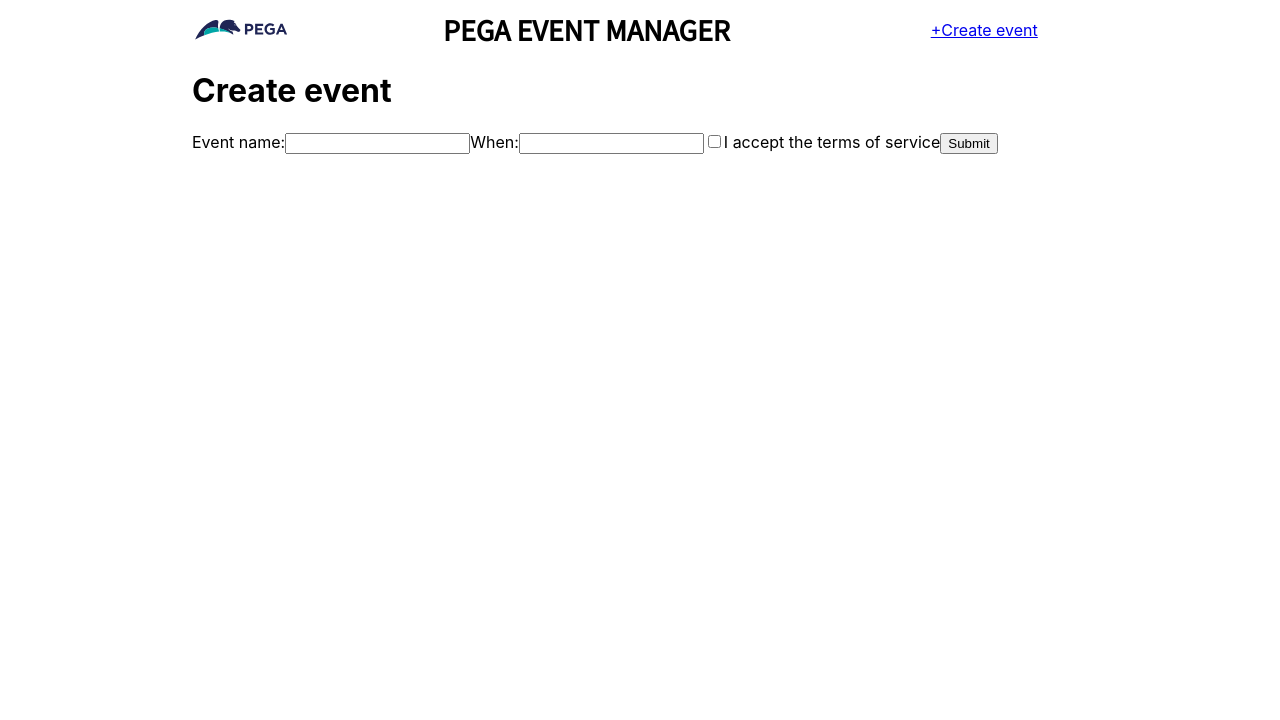
Repository: SasiVeeramachaneni/eventmanager
Page: /create
An editor plug-in stored every save of this project. The page is shown before and after the next save, followed by the edit.
The browser window is 1280 px wide. The pictures show the whole page.
The project was rebuilt for these pictures with package versions that can differ from the ones it lists, and the page was loaded fresh each time. Also part of the build but not shown: src/Events.js, src/App.js.

Above is the page before, as saved 2020-09-03 00:19:00.

### src/index.js
import React from 'react';
import ReactDOM from 'react-dom';
import {BrowserRouter, Route, Switch, Link} from 'react-router-dom';
import './index.css';
import logo from './logo.svg';
import App from './App';
import CreateEvent from './createEvent';
import './fonts/SourceSansPro-Regular.ttf';

const Header = () => (
  <div className="header">
    <div className="logo"><img src={logo} alt=""/></div>
    <div className="heading">PEGA EVENT MANAGER</div>
    <div className="logo"><Link to="/create">+Create event</Link></div>
  </div>
);


const AddEvent = () => (
  <CreateEvent />
);

const noRoute = () => (
  <div>
    404!-<Link to="/">Go home</Link>
  </div>
);

const routes = (
  <BrowserRouter>
  <div className="App">
    <Header />
    <Switch>
      <Route path="/" component={App} exact={true}/>
      <Route path="/create" component={AddEvent} />
      <Route component={noRoute} />
    </Switch>
    </div>
  </BrowserRouter>
);

ReactDOM.render(
  routes,
  document.getElementById('root')
);

### src/createEvent.js
import React, { useState, useEffect } from "react";

function CreateEvent() {
  const [email, setEmail] = useState("");
  const [password, setPassword] = useState("");
  const [acceptedTerms, setAcceptedTerms] = useState(false);

  const handleSubmit = (event) => {
    console.log(`
      Email: ${email}
      Password: ${password}
      Accepted Terms: ${acceptedTerms}
    `);

    event.preventDefault();
  }

  return (
    <form onSubmit={handleSubmit}>
      <h1>Create event</h1>

      <label>
        Event name:
        <input
          name="email"
          type="email"
          value={email}
          onChange={e => setEmail(e.target.value)}
          required />
      </label>

      <label>
        When:
        <input
          name="password"
          type="password"
          value={password}
          onChange={e => setPassword(e.target.value)}
          required />
      </label>

      <label>
        <input
          name="acceptedTerms"
          type="checkbox"
          onChange={e => setAcceptedTerms(e.target.value)}
          required />
        I accept the terms of service
      </label>

      <button>Submit</button>
    </form>
  );
}

export default CreateEvent;

### src/App.css
.App {
  height: 100vh;
  display: grid;
  grid-template-rows: 50px 1fr;
  width: 70%;
  margin-left: auto;
  margin-right: auto;
}

@font-face {
  font-family: 'SourceSansPro';
  src: local('SourceSansPro'), url(./fonts/SourceSansPro-Regular.ttf) format('truetype');
}


.container {
  padding: 2px 16px;
}

.cardList {
  display: flex;
  flex-direction: row;
  justify-content: center;
  max-width: 1000px;
  flex-wrap: wrap;
}

.header {
  display: flex;
  align-items: stretch;
  justify-content: space-evenly;
  padding-top: 10px;
}

.logo {
  flex-grow: 1;
  display: flex;
  align-items: center;
  justify-content: center;
}

.heading {
  flex-grow: 3;
  display: flex;
  align-items: center;
  justify-content: center;
  font-size: 30px;
  font-weight: bold;
  font-family: SourceSansPro;

}

.createbutton {
  width: 10rem;
  color: #FFF;
  background: #4BA7FE;
  border-radius: 8px;
  font-size: 15px;
  line-height: 24px;
  height: 2.5rem;
  position: relative;
  align-items: center;
  box-sizing: border-box;
  transition: all 0.4s ease-in-out;
  border: none;
  font-family: SourceSansPro;


}

.body {

}

#events {
  text-align: center;
  font-family: "Trebuchet MS", Arial, Helvetica, sans-serif;
  border-collapse: collapse;
  border: 3px solid #ddd;
  width: 100%;
}

#events td, #events th {
  border: 1px solid #ddd;
  padding: 8px;
  height: 40px;
}

#events tr:nth-child(even){background-color: #c4f2f8;}

#events tr:hover {background-color: #8AFFDD;}

#events th {
  padding-top: 12px;
  padding-bottom: 12px;
  text-align: center;
  background-color: #4CAF50;
  color: white;
}

### src/createEvent.css
* {
    box-sizing: border-box;
  }

  body {
    font-family: Lato;
    height: 97vh;
    width: 100%;
    display: flex;
    flex-direction: column;
    justify-content: center;
    align-items: center;
    background-color: #4A4E69;
  }

  form {
    display: flex;
    flex-direction: column;
    width: 400px;
    min-width: 100px;
    min-height: 400px;
    padding: 20px 40px 40px 40px;
    border-radius: 6px;
    box-shadow: 0px 8px 36px #222;
    background-color: #fefefe;
  }

  form > h1 {
    display: flex;
    justify-content: center;
    font-family: "Segoe UI", "Ubuntu", "Roboto", "Open Sans", "Helvetica Neue", sans-serif;
    font-size: 2em;
    font-weight: lighter;
    margin-top: 0.25em;
    color: #222;
    letter-spacing: 2px;
  }

  .info {
    padding-bottom: 1em;
    padding-left: 0.5em;
    padding-right: 0.5em;
  }

  label {
    margin-bottom: 0.5em;
    color: #444;
    font-weight: lighter;
  }

  input {
    display: flex;
    flex-direction: column;
    margin-bottom: 15px;
    width: 100%;
  }
  input, select {
    padding: 10px 10px;
    border-radius: 5px;
    border: 1px solid #d6d1d5;
    margin-top: 5px;
  }
  select {
    display: block;
    width: 100%;
    height: 35px;
  }
  input[type="checkbox"] {
    display: inline-block;
    width: auto;
    margin-top: 2em;
    margin-right: 10px;
  }

  button {
    min-width: 100%;
    cursor: pointer;
    margin-right: 0.25em;
    margin-top: 0.5em;
    padding: 	0.938em;
    border: none;
    border-radius: 4px;
    background-color: #22223B;
    color: #fefefe;
  }
  button:hover {
    background-color: #4A4E69;
    color: #fefefe;
  }

  .error {
    color:#db2269;
    font-size: 0.5em;
    display: relative;
  }

  .submit {
    width: 100%;
    display: flex;
    flex-wrap: wrap;
  }

Loaded but not shown: public/index.html (common file); src/index.css (common file)

After the next save:
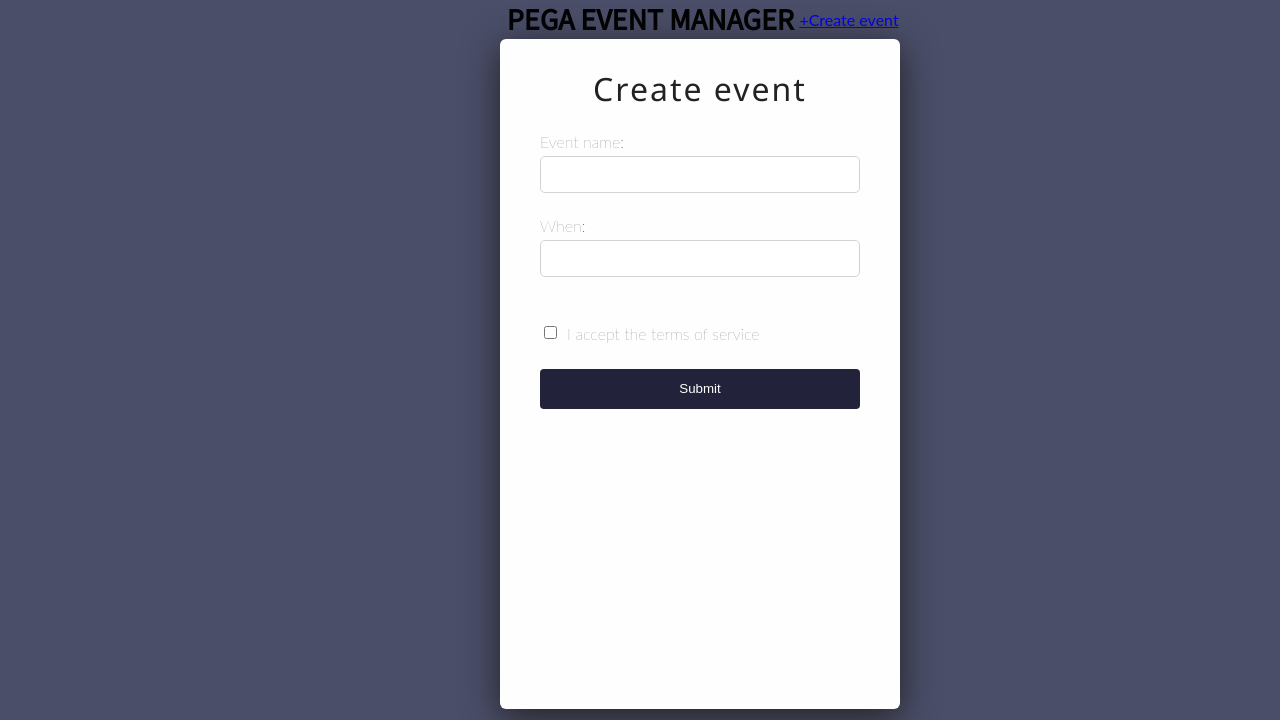
Saved 16 s later.
--- a/src/createEvent.js
+++ b/src/createEvent.js
@@ -1,4 +1,5 @@
 import React, { useState, useEffect } from "react";
+import './createEvent.css';
 
 function CreateEvent() {
   const [email, setEmail] = useState("");
